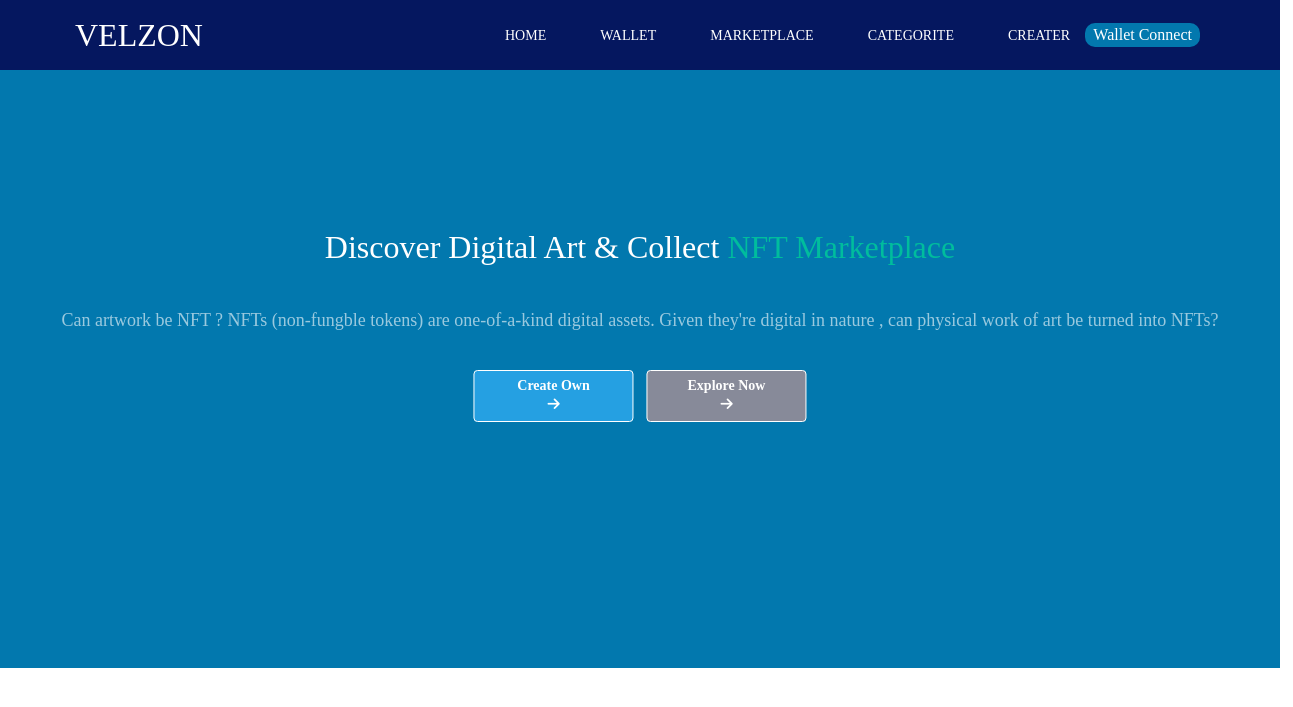
Repository: HuynhDuc23/Webvideodesgin
Page: index.html
An editor plug-in stored every save of this project. The page is shown before and after the next save, followed by the edit.
The browser window is 1280 px wide. The page is 1280 px wide, then 1293 px, so the pictures cover 1293 px, including what lies to the right of the window. The pictures show the whole page.
The style sheet was rebuilt from its Sass, Less or Tailwind sources for each picture, by a compiler version that may differ from the author's.

Above is the page before, as saved 2023-04-25 12:42:18.

After the next save:
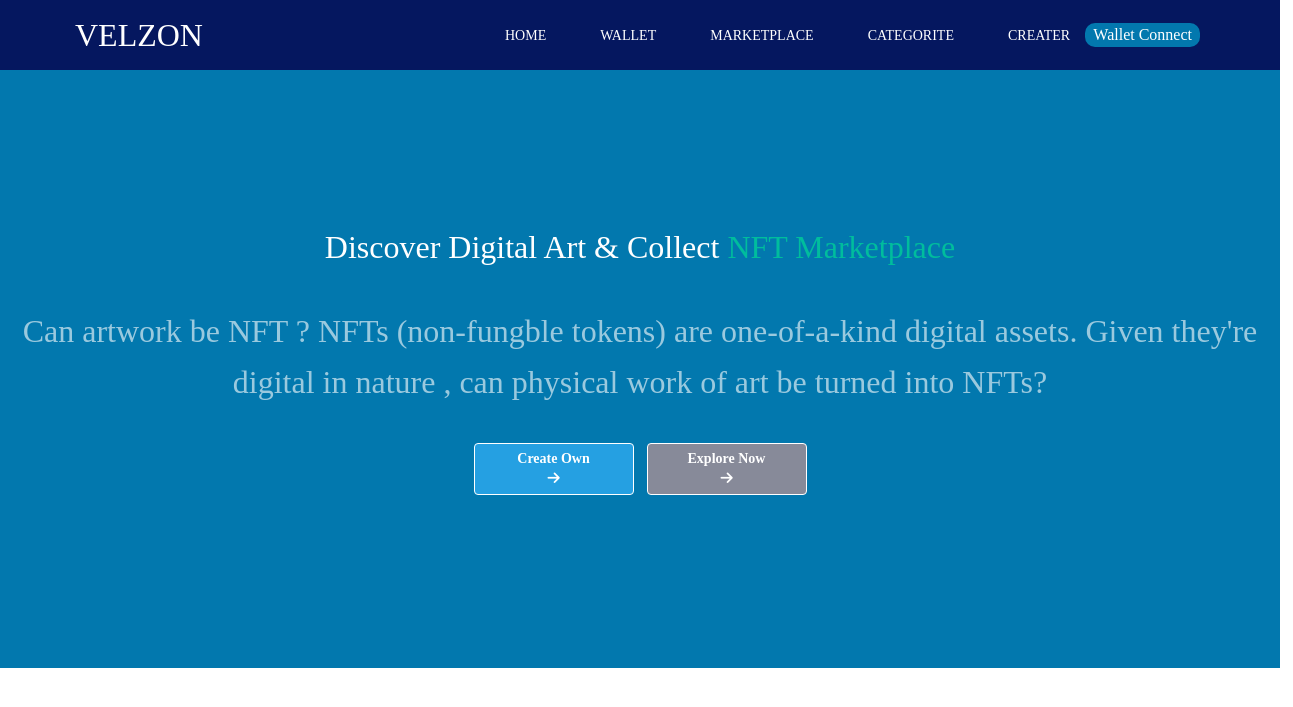
Saved 10 s later.
--- a/style.scss
+++ b/style.scss
@@ -105,7 +105,7 @@ html {
         color: #ffffff;
         line-height: 1.6;
         text-align: center;
-        font-size:large;
+        font-size:xx-large;
         opacity: 0.6;
 
      }
